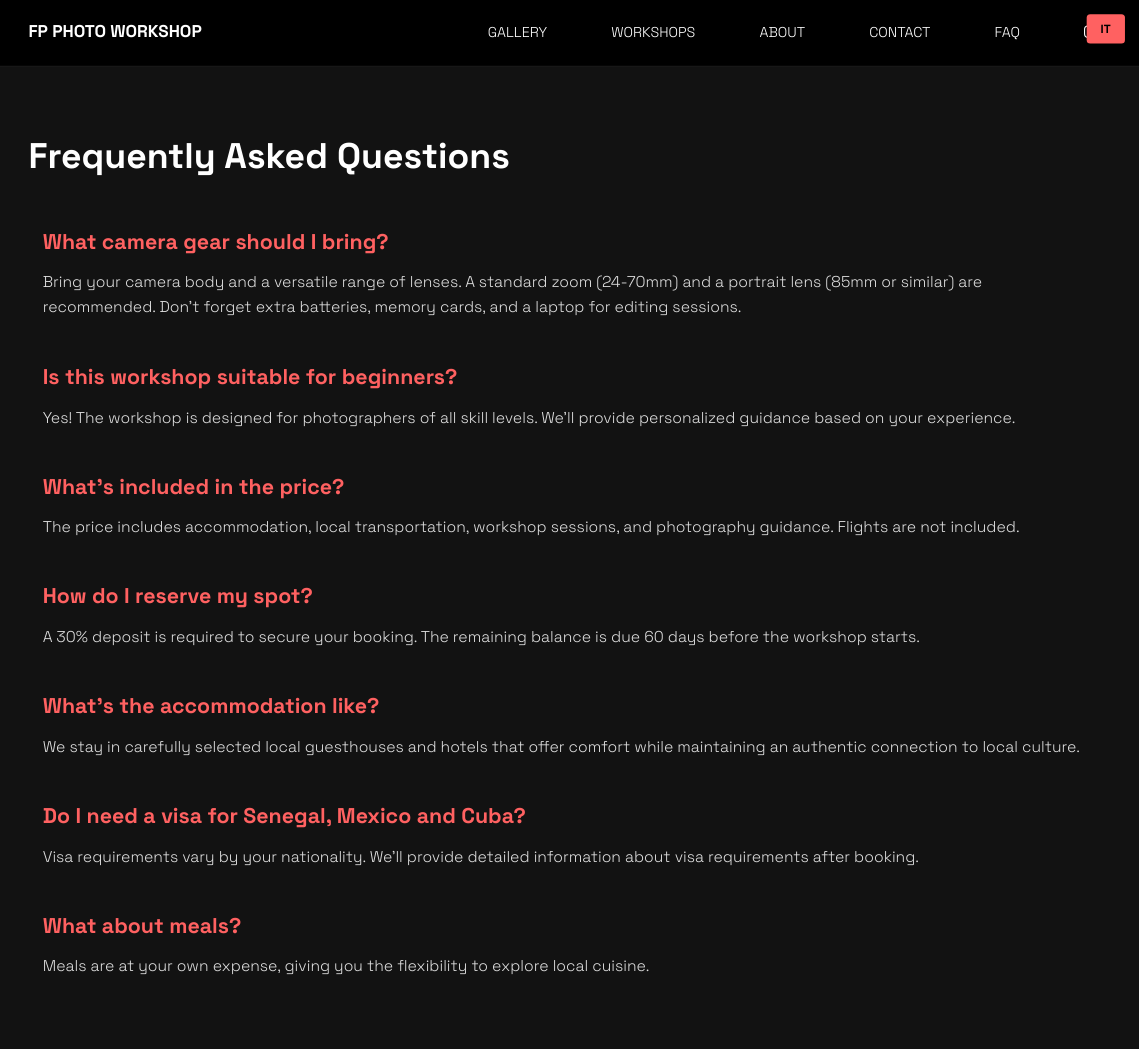
Repository: philipkdpavkia/photo-auto
Page: faq.html
These files come from the project's save history. The page is drawn as it stood at one moment and after the next save; the edit follows.
The browser window is 1280 px wide. The pictures show the whole page, at 89% of full size.

Above is the page before, as saved 2024-11-22 00:36:21.
Not found: cursor.js

### faq.html
<!DOCTYPE html>
<html lang="en">
<head>
    <meta charset="utf-8"/>
    <meta content="width=device-width, initial-scale=1.0" name="viewport"/>
    <title>FAQ | Photography Workshops</title>
    <meta content="Frequently Asked Questions about our photography workshops." name="description"/>
    <link href="https://cdnjs.cloudflare.com/ajax/libs/font-awesome/6.0.0/css/all.min.css" media="all" rel="stylesheet"/>
    <link href="/css/style.css" media="screen" rel="stylesheet"/>
    <link as="font" crossorigin="" href="/fonts/SpaceGrotesk-Bold.woff2" rel="preload"/>
    <link as="font" crossorigin="" href="/fonts/SpaceGrotesk-Light.woff2" rel="preload"/>
</head>
<body>
    <header class="header">
        <nav class="nav">
            <a class="logo" href="#">FP PHOTO WORKSHOP</a>
            <button aria-label="Menu" class="hamburger">
                <span></span>
                <span></span>
                <span></span>
            </button>
            <button class="lang-switch" id="langSwitch" onclick="switchLanguage()">IT</button>
            <div class="nav-links">
                <a href="#gallery">Gallery</a>
                <a href="/workshop/index.html">Workshops</a>
                <a href="#about">About</a>
                <a href="#contact">Contact</a>
                <a href="/faq.html">FAQ</a>
                <a class="instagram-link" href="https://instagram.com/fpphotoworkshop" rel="noopener" target="_blank">
                    <i class="fab fa-instagram"></i>
                </a>
            </div>
        </nav>
    </header>

    <main>
        <section class="faq-section">
            <div class="container">
                <h2 class="section-title">Frequently Asked Questions</h2>
                <div class="faq-item">
                    <div class="title">What camera gear should I bring?</div>
                    <div class="content">Bring your camera body and a versatile range of lenses. A standard zoom (24-70mm) and a portrait lens (85mm or similar) are recommended. Don't forget extra batteries, memory cards, and a laptop for editing sessions.</div>
                </div>
                <div class="faq-item">
                    <div class="title">Is this workshop suitable for beginners?</div>
                    <div class="content">Yes! The workshop is designed for photographers of all skill levels. We'll provide personalized guidance based on your experience.</div>
                </div>
                <div class="faq-item">
                    <div class="title">What's included in the price?</div>
                    <div class="content">The price includes accommodation, local transportation, workshop sessions, and photography guidance. Flights are not included.</div>
                </div>
                <div class="faq-item">
                    <div class="title">How do I reserve my spot?</div>
                    <div class="content">A 30% deposit is required to secure your booking. The remaining balance is due 60 days before the workshop starts.</div>
                </div>
                <div class="faq-item">
                    <div class="title">What's the accommodation like?</div>
                    <div class="content">We stay in carefully selected local guesthouses and hotels that offer comfort while maintaining an authentic connection to local culture.</div>
                </div>
                <div class="faq-item">
                    <div class="title">Do I need a visa for Senegal, Mexico and Cuba?</div>
                    <div class="content">Visa requirements vary by your nationality. We'll provide detailed information about visa requirements after booking.</div>
                </div>
                <div class="faq-item">
                    <div class="title">What about meals?</div>
                    <div class="content">Meals are at your own expense, giving you the flexibility to explore local cuisine.</div>
                </div>
            </div>
        </section>
    </main>

    <script src="cursor.js"></script>
    <script src="/language.js"></script>
    <script defer src="/script.js"></script>
</body>
</html>

Loaded but not shown: translations.json (204 lines, source omitted); language.js (165 lines, source omitted); script.js (20 lines, source omitted); css/style.css (920 lines, source omitted)

After the next save:
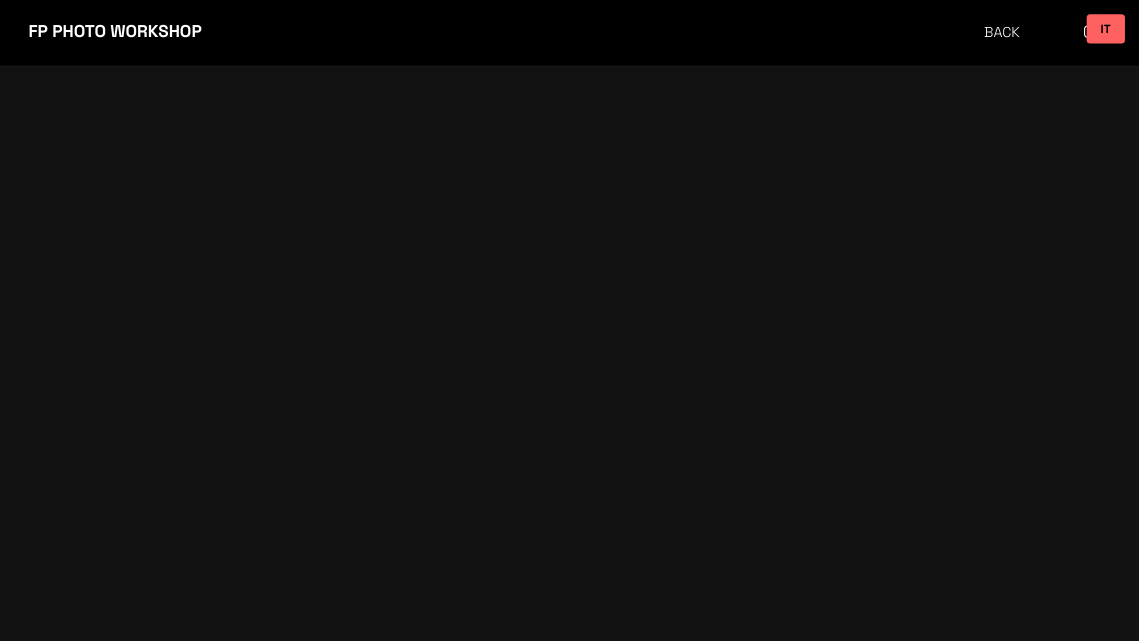
Console error: TypeError: Cannot read properties of null (reading 'addEventListener')
Saved 98 s later.
--- a/faq.html
+++ b/faq.html
@@ -13,20 +13,11 @@
 <body>
     <header class="header">
         <nav class="nav">
-            <a class="logo" href="#">FP PHOTO WORKSHOP</a>
-            <button aria-label="Menu" class="hamburger">
-                <span></span>
-                <span></span>
-                <span></span>
-            </button>
-            <button class="lang-switch" id="langSwitch" onclick="switchLanguage()">IT</button>
+            <a class="logo" href="/workshop/index.html">FP PHOTO WORKSHOP</a>
+            <button id="langSwitch" class="lang-switch" onclick="switchLanguage()">IT</button>
             <div class="nav-links">
-                <a href="#gallery">Gallery</a>
-                <a href="/workshop/index.html">Workshops</a>
-                <a href="#about">About</a>
-                <a href="#contact">Contact</a>
-                <a href="/faq.html">FAQ</a>
-                <a class="instagram-link" href="https://instagram.com/fpphotoworkshop" rel="noopener" target="_blank">
+                <a href="../index.html" data-translate="nav.back">Back</a>
+                <a href="https://instagram.com/fpphotoworkshop" target="_blank" class="instagram-link">
                     <i class="fab fa-instagram"></i>
                 </a>
             </div>
@@ -36,41 +27,39 @@
     <main>
         <section class="faq-section">
             <div class="container">
-                <h2 class="section-title">Frequently Asked Questions</h2>
+                <h2 class="section-title" data-translate="faq.title"></h2>
                 <div class="faq-item">
-                    <div class="title">What camera gear should I bring?</div>
-                    <div class="content">Bring your camera body and a versatile range of lenses. A standard zoom (24-70mm) and a portrait lens (85mm or similar) are recommended. Don't forget extra batteries, memory cards, and a laptop for editing sessions.</div>
+                    <div class="title" data-translate="faq.gear.question"></div>
+                    <div class="content" data-translate="faq.gear.answer"></div>
                 </div>
                 <div class="faq-item">
-                    <div class="title">Is this workshop suitable for beginners?</div>
-                    <div class="content">Yes! The workshop is designed for photographers of all skill levels. We'll provide personalized guidance based on your experience.</div>
+                    <div class="title" data-translate="faq.beginners.question"></div>
+                    <div class="content" data-translate="faq.beginners.answer"></div>
                 </div>
                 <div class="faq-item">
-                    <div class="title">What's included in the price?</div>
-                    <div class="content">The price includes accommodation, local transportation, workshop sessions, and photography guidance. Flights are not included.</div>
+                    <div class="title" data-translate="faq.price.question"></div>
+                    <div class="content" data-translate="faq.price.answer"></div>
                 </div>
                 <div class="faq-item">
-                    <div class="title">How do I reserve my spot?</div>
-                    <div class="content">A 30% deposit is required to secure your booking. The remaining balance is due 60 days before the workshop starts.</div>
+                    <div class="title" data-translate="faq.booking.question"></div>
+                    <div class="content" data-translate="faq.booking.answer"></div>
                 </div>
                 <div class="faq-item">
-                    <div class="title">What's the accommodation like?</div>
-                    <div class="content">We stay in carefully selected local guesthouses and hotels that offer comfort while maintaining an authentic connection to local culture.</div>
+                    <div class="title" data-translate="faq.accommodation.question"></div>
+                    <div class="content" data-translate="faq.accommodation.answer"></div>
                 </div>
                 <div class="faq-item">
-                    <div class="title">Do I need a visa for Senegal, Mexico and Cuba?</div>
-                    <div class="content">Visa requirements vary by your nationality. We'll provide detailed information about visa requirements after booking.</div>
+                    <div class="title" data-translate="faq.visa.question"></div>
+                    <div class="content" data-translate="faq.visa.answer"></div>
                 </div>
                 <div class="faq-item">
-                    <div class="title">What about meals?</div>
-                    <div class="content">Meals are at your own expense, giving you the flexibility to explore local cuisine.</div>
+                    <div class="title" data-translate="faq.meals.question"></div>
+                    <div class="content" data-translate="faq.meals.answer"></div>
                 </div>
             </div>
         </section>
     </main>
 
-    <script src="cursor.js"></script>
-    <script src="/language.js"></script>
-    <script defer src="/script.js"></script>
+    <script src="/script.js"></script>
 </body>
 </html>
